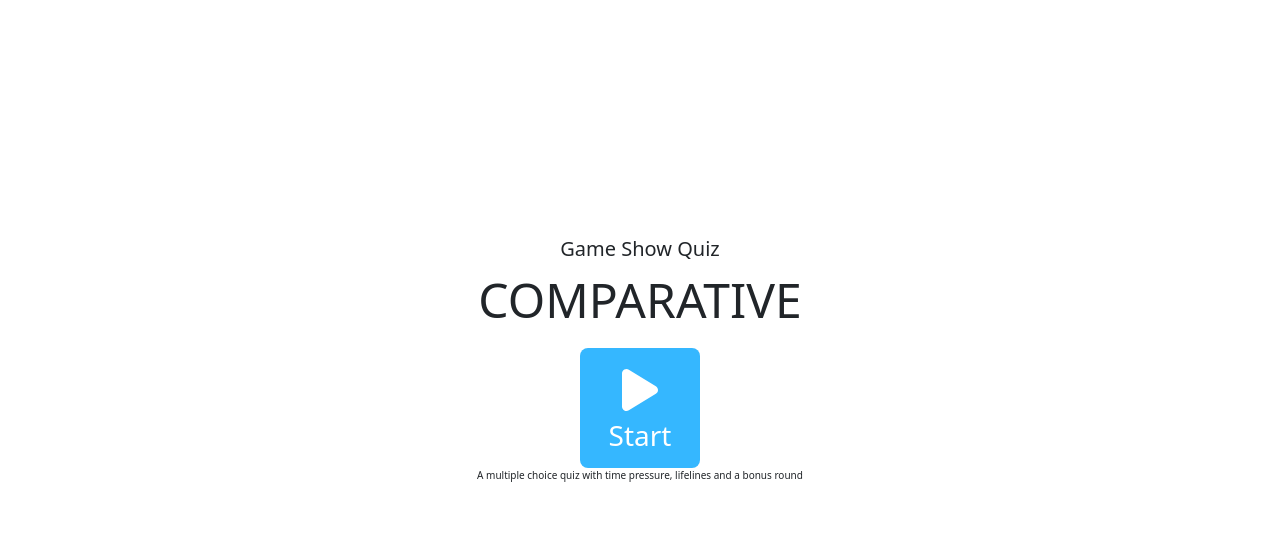
Repository: litaiqiang1407/comparative-gq
Page: /
The author's editor kept a copy of each file at every save. The page is drawn from the files as they stood at one save, then again after the next save.
The browser window is 1280 px wide. The pictures show the whole page.
The project was rebuilt for these pictures with package versions that can differ from the ones it lists, and the page was loaded fresh each time. Also part of the build but not shown: vue.config.js.

Above is the page before, as saved 2024-06-20 19:56:12.

After the next save:
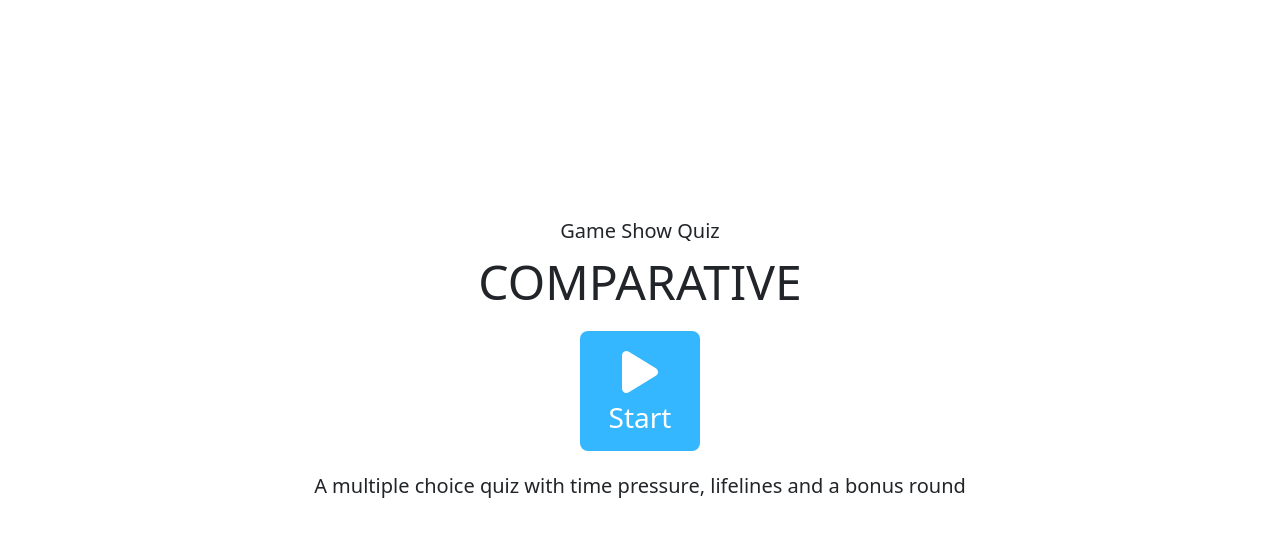
Saved 15 s later.
--- a/src/components/StartGame/StartGame.scss
+++ b/src/components/StartGame/StartGame.scss
@@ -46,10 +46,10 @@
       font-size: 2.8rem;
       color: var(--white);
     }
-
-    .description {
-      font-size: 2rem;
-      margin-top: 2rem;
-    }
+  }
+  .description {
+    font-size: 2rem;
+    margin-top: 2rem;
+    text-align: center;
   }
 }
